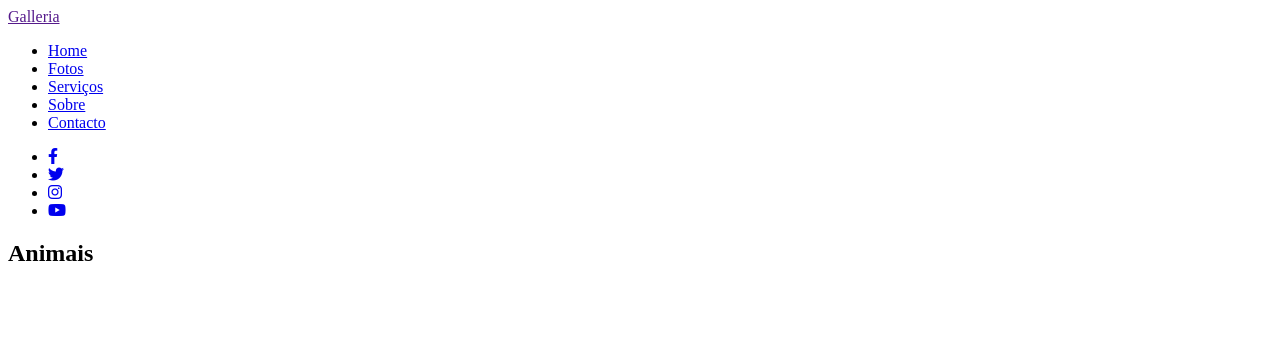
Repository: AghastyGD/gallery-sass
Page: index.html
The author's editor kept a copy of each file at every save. The page is drawn from the files as they stood at one save, then again after the next save.
The browser window is 1280 px wide. The pictures show the whole page.
The style sheet was rebuilt from its Sass, Less or Tailwind sources for each picture, by a compiler version that may differ from the author's.

Above is the page before, as saved 2023-10-13 17:49:16.

After the next save:
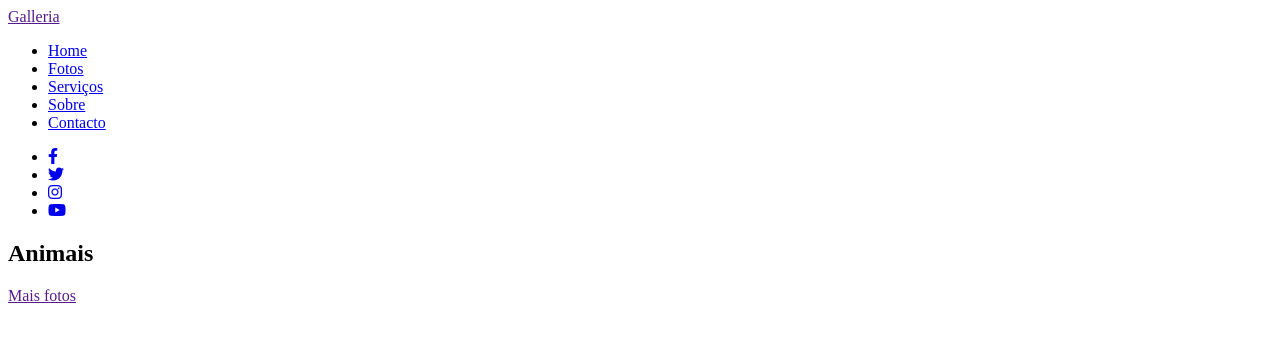
Saved 19 s later.
--- a/index.html
+++ b/index.html
@@ -63,6 +63,7 @@
         <div class="gallery">
             <div class="gallery-card" id="card-1">
                 <h2 class="gallery-card-title">Animais</h2>
+                <a href="" class="gallery-card-btn">Mais fotos</a>
             </div>
         </div>
     </main>
